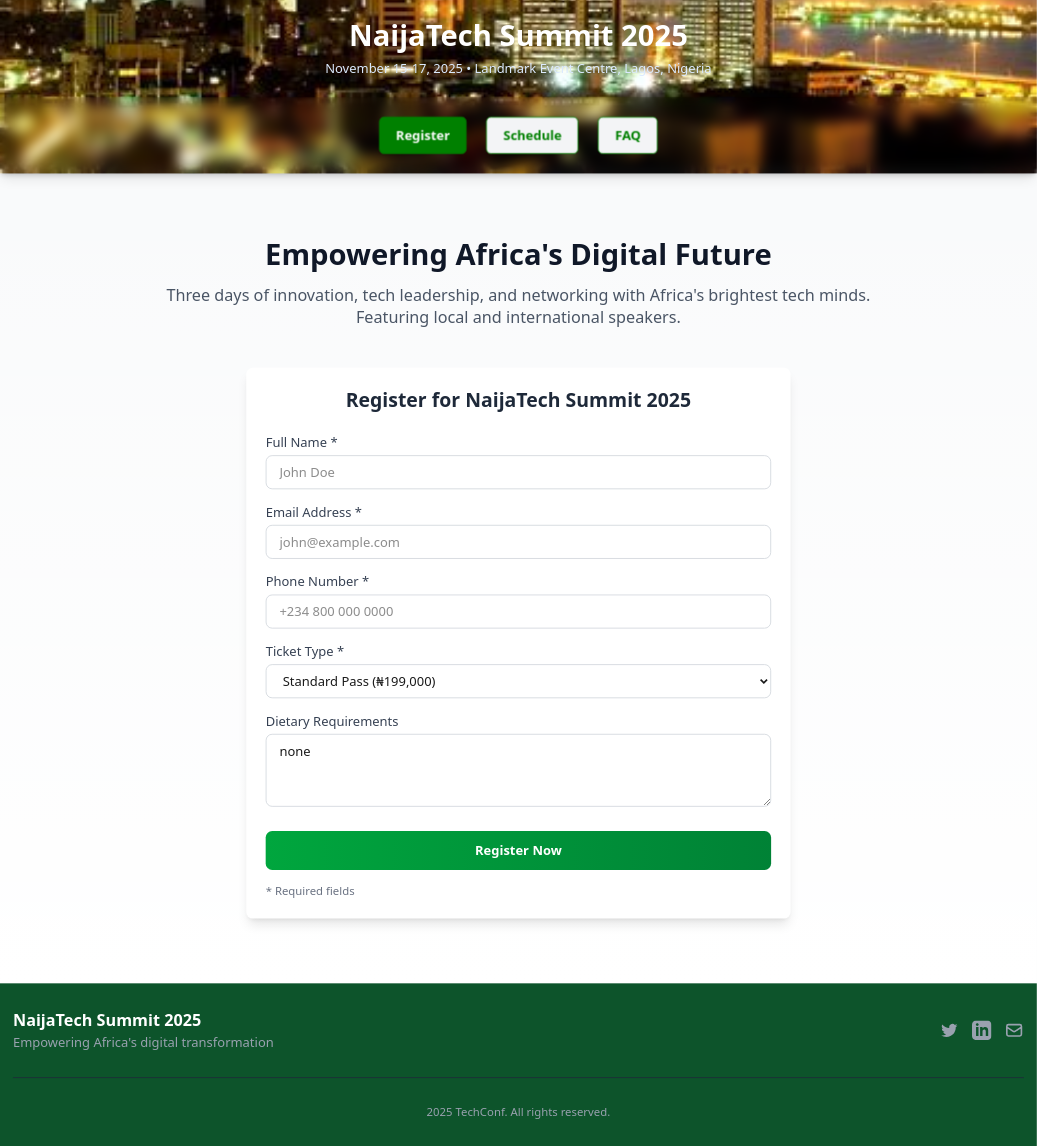
Repository: AYANO-EMMANUEL/fictional-tech-conf-event
Page: /
These files come from the project's save history. The page is drawn as it stood at one moment and after the next save; the edit follows.
The browser window is 1280 px wide. The pictures show the whole page, at 81% of full size.
The project was rebuilt for these pictures with package versions that can differ from the ones it lists, and the page was loaded fresh each time. Also part of the build but not shown: vite.config.ts, src/components/Schedule/Schedule.tsx, src/components/FAQ/FAQ.tsx.

Above is the page before, as saved 2025-08-06 14:17:48.

After the next save:
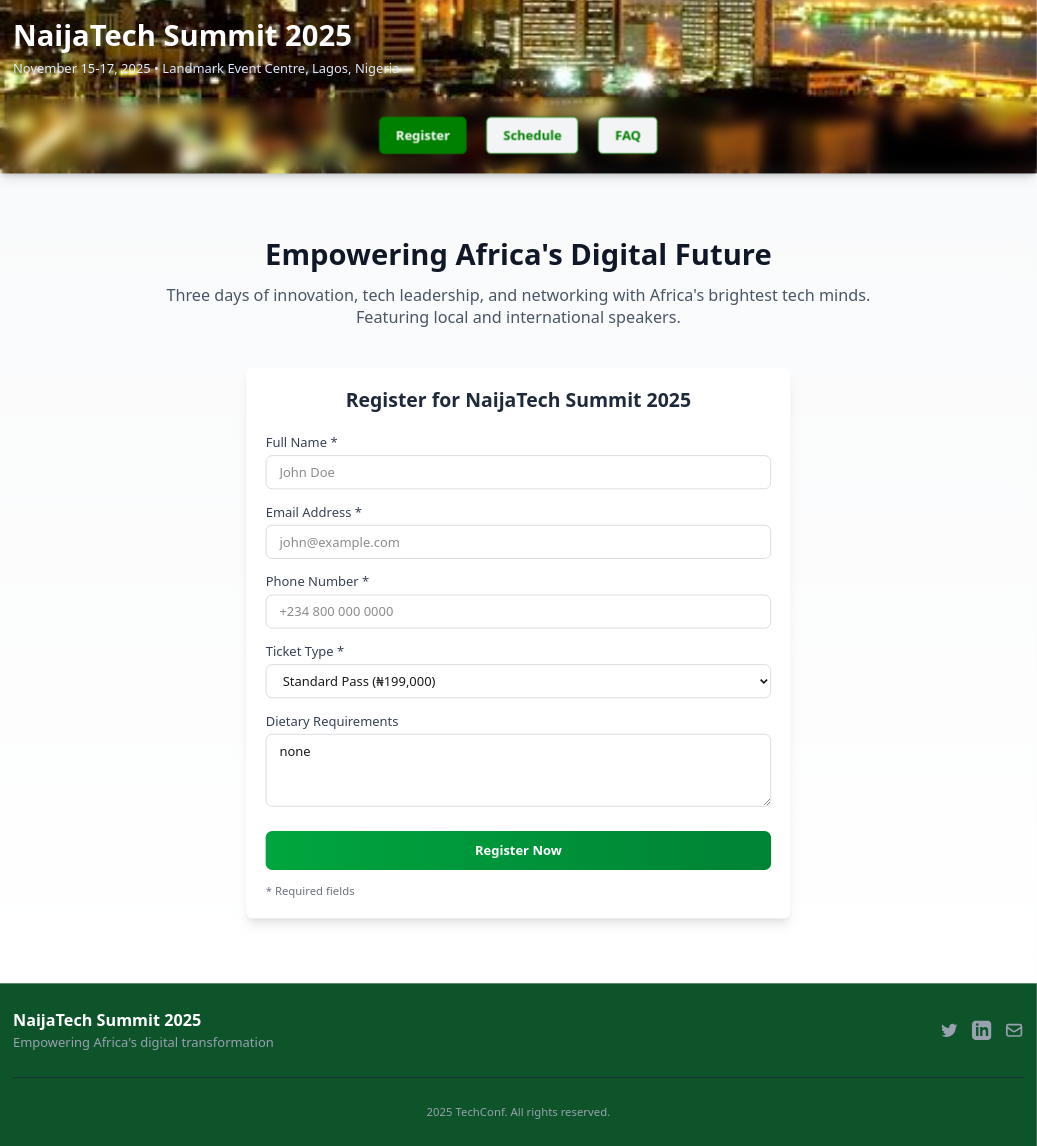
Saved 28 s later.
--- a/src/App.tsx
+++ b/src/App.tsx
@@ -10,7 +10,7 @@
   return (
     <div className="min-h-screen bg-gray-50">
       {/* Header */}
-      <header className="bg-gradient-to-r text-center from-green-500 to-green-700 bg-cover bg-bottom bg-[url('../src/assets/tnigeria-bg.jpeg')] text-white shadow-lg">
+      <header className="bg-cover bg-bottom bg-[url('../src/assets/tnigeria-bg.jpeg')] text-white shadow-lg">
         <div className="container mx-auto px-4 py-6">
           <h1 className="text-3xl md:text-4xl font-bold mb-2">NaijaTech Summit 2025</h1>
           <p className="text-blue-100">November 15-17, 2025 • Landmark Event Centre, Lagos, Nigeria</p>

After the save that followed:
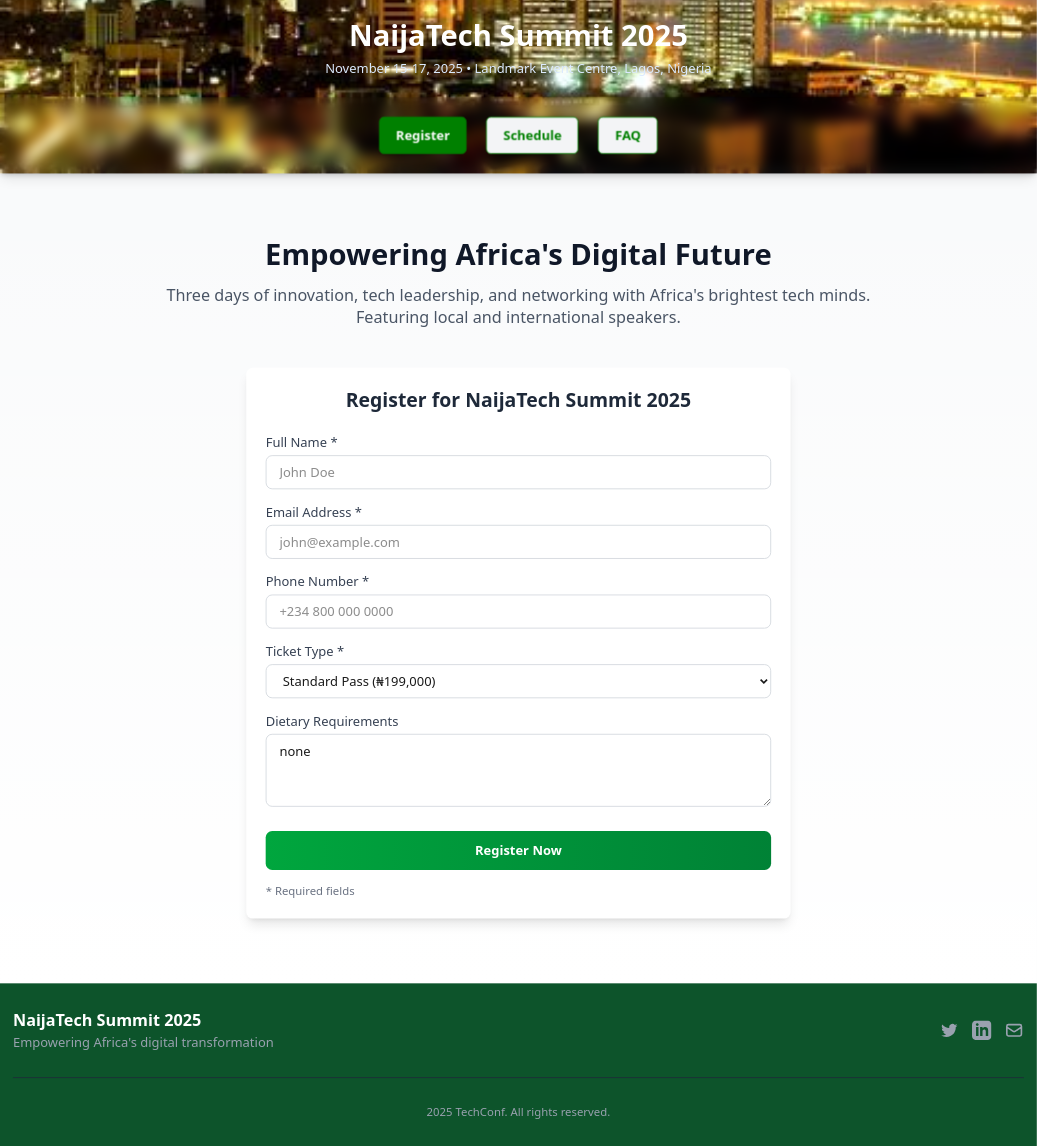
Saved 8 s later.
--- a/src/App.tsx
+++ b/src/App.tsx
@@ -10,7 +10,7 @@
   return (
     <div className="min-h-screen bg-gray-50">
       {/* Header */}
-      <header className="bg-cover bg-bottom bg-[url('../src/assets/tnigeria-bg.jpeg')] text-white shadow-lg">
+      <header className="bg-gradient-to-r text-center from-green-500 to-green-700 bg-cover bg-bottom bg-[url('../src/assets/tnigeria-bg.jpeg')] text-white shadow-lg">
         <div className="container mx-auto px-4 py-6">
           <h1 className="text-3xl md:text-4xl font-bold mb-2">NaijaTech Summit 2025</h1>
           <p className="text-blue-100">November 15-17, 2025 • Landmark Event Centre, Lagos, Nigeria</p>
